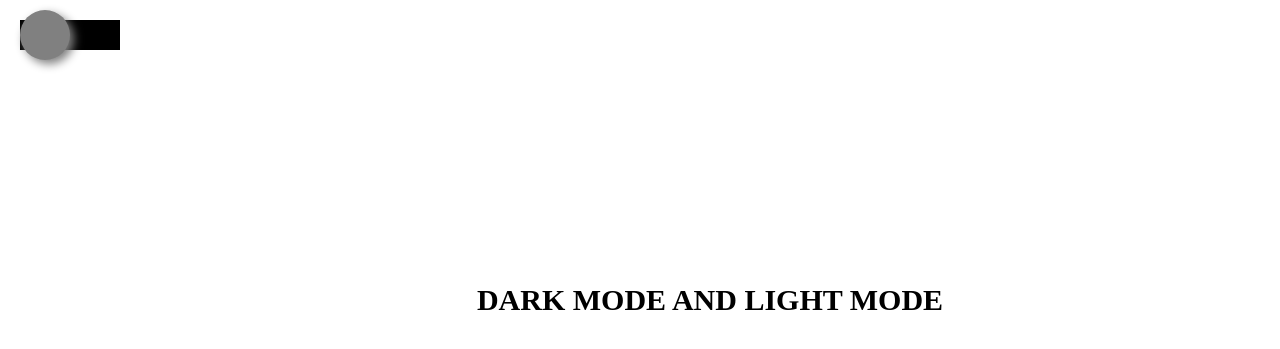
Repository: Eugene44-hub/darkmode-lightmode
Page: index.html
The author's editor kept a copy of each file at every save. The page is drawn from the files as they stood at one save, then again after a run of saves.
The browser window is 1280 px wide. The pictures show the whole page.
After loading, the first visible `div.circle` was clicked once.

Above is the page before, as saved 2021-09-13 01:15:43.

### index.html
<!DOCTYPE html>
<html lang="en">

<head>
    <meta charset="UTF-8">
    <meta http-equiv="X-UA-Compatible" content="IE=edge">
    <meta name="viewport" content="width=device-width, initial-scale=1.0">
    <title>Document</title>
    <link rel="stylesheet" href="style.css">
</head>

<body>
    <div class="box">
        <div class="circle"></div>
    </div>

    <p>Dark Mode and Light mode</p>
    <!-- <div class="square"></div>
    <div class="circle"></div> -->
    <script src="app.js"></script>
</body>

</html>

### style.css
  * {
      padding: 0;
      margin: 0;
      box-sizing: border-box;
  }

  body {
      display: flex;
      height: 600px;
  }

  p {
      margin: auto;
      font-size: 30px;
      font-weight: bold;
      text-transform: uppercase;
  }

  .box {
      background-color: black;
      height: 30px;
      width: 100px;
      position: relative;
      margin: 20px;
  }

  .circle {
      top: -10px;
      background-color: grey;
      height: 50px;
      width: 50px;
      box-shadow: 4px 4px 10px grey;
      border-radius: 50%;
      position: absolute;
  }

### app.js
const circle = document.querySelector('.circle');

circle.addEventListener('click', e => {
    document.body.style.backgroundColor
})

After the next 4 saves:
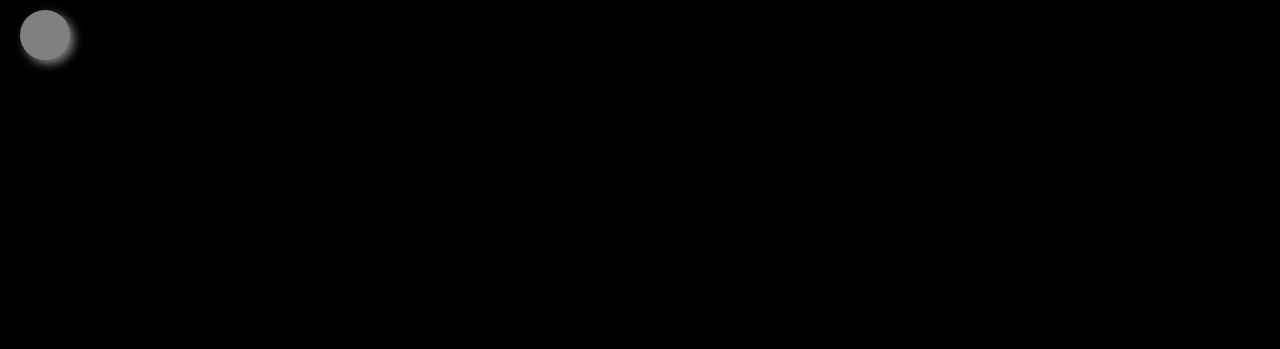
The 4 saves are shown as one change because they came seconds apart.
The last was saved 10 s later.
--- a/app.js
+++ b/app.js
@@ -1,5 +1,5 @@
 const circle = document.querySelector('.circle');
 
 circle.addEventListener('click', e => {
-    document.body.style.backgroundColor
+    document.body.style.backgroundColor = 'black'
 })

After the 6 saves that followed:
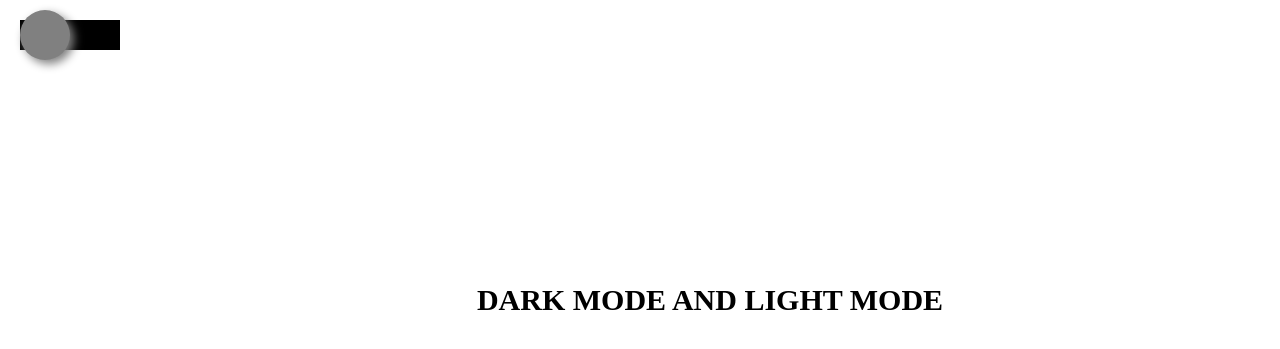
The 6 saves are shown as one change because 4 left the picture as it was and some came seconds apart.
The last was saved 78 s later.
--- a/app.js
+++ b/app.js
@@ -1,5 +1,7 @@
 const circle = document.querySelector('.circle');
 
 circle.addEventListener('click', e => {
-    document.body.style.backgroundColor = 'black'
+    document.body.style.backgroundColor = 'black';
+    if (document.body.style.backgroundColor == 'black')
+        document.body.style.backgroundColor = 'white'
 })
